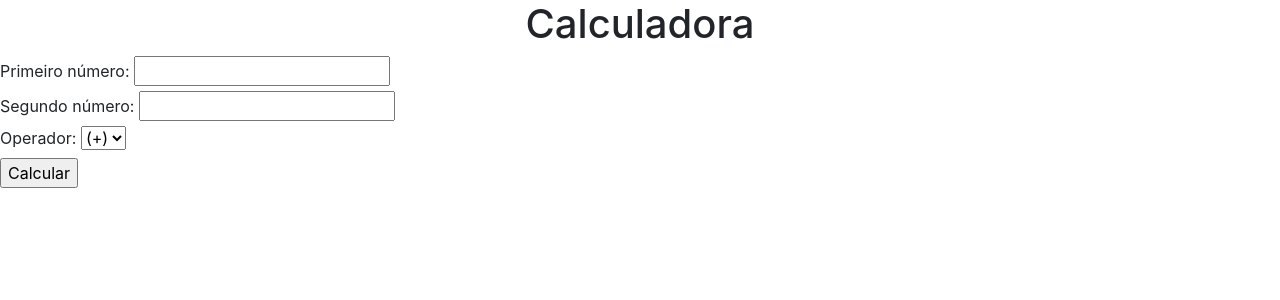
Repository: babirms/DAC
Page: Calculadora/WebContent/home.html
An editor plug-in stored every save of this project. The page is shown before and after the next save, followed by the edit.
The browser window is 1280 px wide. The pictures show the whole page.

Above is the page before, as saved 2020-09-20 22:30:01.
Console error (its wording comes from the project's code and is left out).

### Calculadora/WebContent/home.html
<!DOCTYPE html>
<html>
<head>
<meta charset="ISO-8859-1">
<title>Calculadora - Página Inicial</title>
<link href="bootstrap/css/bootstrap.min.css" rel="stylesheet"
	type="text/css" />
<script type="text/javascript" src="bootstrap/js/bootstrap.min.js"></script>
</head>
<body>
	<center>
		<h1>Calculadora</h1>
	</center>
	<form action="CalculadoraServlet" method="get">
		<div class="form-group">
			<label for="primeiroNum">Primeiro número: </label>
			<input type="text"
				name="primeiroValue"
				id="primeiroNum"> <br> <label>Segundo
				número: </label> <input type="text" name="segundoValue"> <br> <label>Operador:
			</label> <select name="operacao">
				<option value="soma">(+)</option>
				<option value="sub">(-)</option>
				<option value="mul">(*)</option>
				<option value="div">(/)</option>
		</div>
		</select> <br> <input type="submit" value="Calcular">
	</form>


</body>
</html>

Loaded but not shown: Calculadora/WebContent/bootstrap/css/bootstrap.min.css (library); Calculadora/WebContent/bootstrap/js/bootstrap.min.js (library)

After the next save:
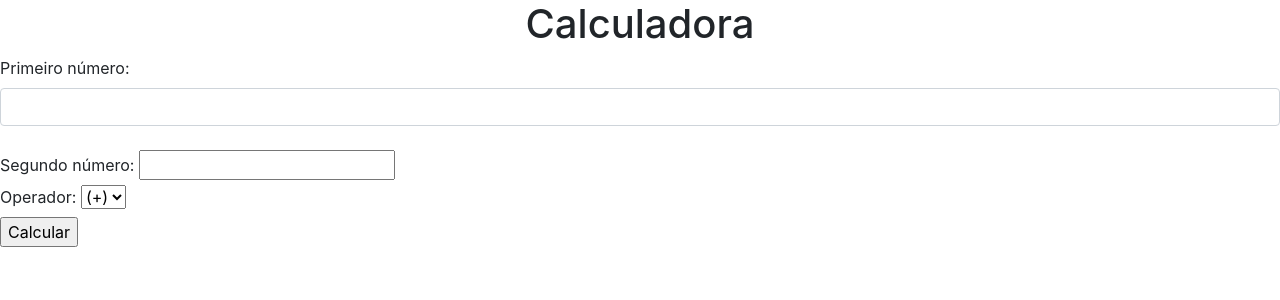
Saved 14 s later.
--- a/Calculadora/WebContent/home.html
+++ b/Calculadora/WebContent/home.html
@@ -13,12 +13,11 @@
 	</center>
 	<form action="CalculadoraServlet" method="get">
 		<div class="form-group">
-			<label for="primeiroNum">Primeiro número: </label>
-			<input type="text"
-				name="primeiroValue"
-				id="primeiroNum"> <br> <label>Segundo
-				número: </label> <input type="text" name="segundoValue"> <br> <label>Operador:
-			</label> <select name="operacao">
+			<label for="primeiroNum">Primeiro número: </label> <input type="text"
+				class="form-control" name="primeiroValue" id="primeiroNum ">
+			<br> <label>Segundo número: </label> <input type="text"
+				name="segundoValue"> <br> <label>Operador: </label> <select
+				name="operacao">
 				<option value="soma">(+)</option>
 				<option value="sub">(-)</option>
 				<option value="mul">(*)</option>
